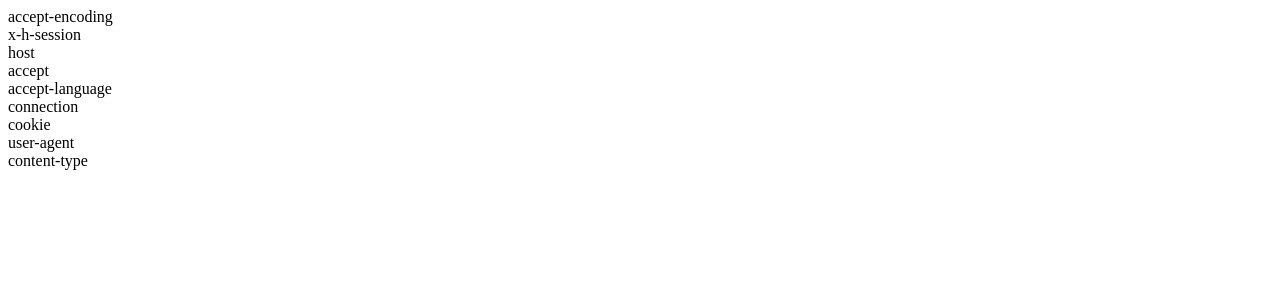
Repository: kukulza1/jspworks
Page: http://localhost/jwbook/request/request2.jsp
These files come from the project's save history. The page is drawn as it stood at one moment and after a run of saves; the edit follows.
The browser window is 1280 px wide. The pictures show the whole page.
The page is served by Tomcat 9. Other server files are loaded and not shown.

Above is the page before, as saved 2023-11-21 03:00:52.

### jwbook/src/main/webapp/request/request2.jsp
<%@page import="java.util.Enumeration"%>
<%@ page language="java" contentType="text/html; charset=UTF-8"
    pageEncoding="UTF-8"%>
<%
    //http 헤더정보값 출력
    String hostV=request.getHeader("host");
     String aV= request.getHeader("accept-language");

     //out.println("호스트명:"+ hostV+"<br>");
     //out.println("설정언어:"+ aV);

     //반복자 객체 얻기
     Enumeration<String> en = request.getHeaderNames();
     while(en.hasMoreElements()){
    	 String headername = en.nextElement();
    	 String hv = request.getHeader(headername);
    	 out.print(headername+"<br>");
     }

%>

After the next 2 saves:
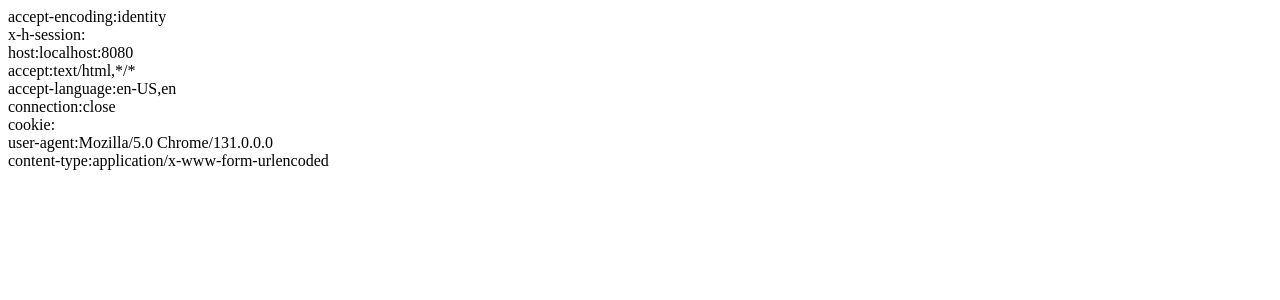
The 2 saves are shown as one change because 1 did not build or start.
The last was saved 25 s later.
--- a/jwbook/src/main/webapp/request/request2.jsp
+++ b/jwbook/src/main/webapp/request/request2.jsp
@@ -14,7 +14,7 @@
      while(en.hasMoreElements()){
     	 String headername = en.nextElement();
     	 String hv = request.getHeader(headername);
-    	 out.print(headername+"<br>");
+    	 out.print(headername+":"+ hv + "<br>");
      }
 
 %>
